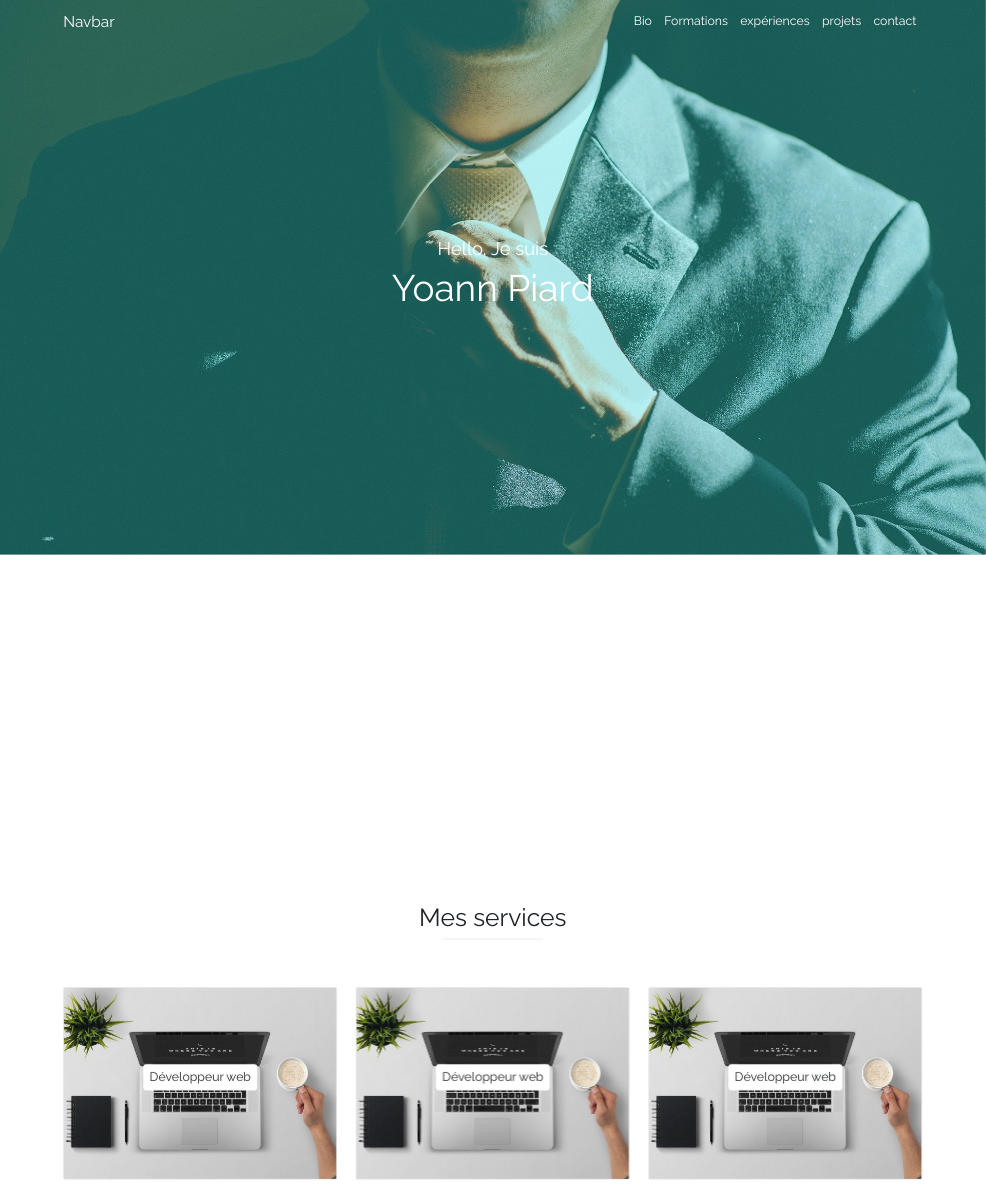
Repository: ypiard85/port-folio-bootstrap-yoann-2021
Page: index.html
An editor plug-in stored every save of this project. The page is shown before and after the next save, followed by the edit.
The browser window is 1280 px wide. The pictures show the whole page, at 77% of full size.

Above is the page before, as saved 2021-03-09 17:25:38.
Console error: TypeError: window.onload is not a function

### index.html
<!DOCTYPE html>
<html lang="en">
  <head>
    <meta charset="UTF-8" />
    <meta http-equiv="X-UA-Compatible" content="IE=edge" />
    <meta name="viewport" content="width=device-width, initial-scale=1.0" />
    <link rel="stylesheet" href="https://use.fontawesome.com/releases/v5.15.2/css/all.css" integrity="sha384-vSIIfh2YWi9wW0r9iZe7RJPrKwp6bG+s9QZMoITbCckVJqGCCRhc+ccxNcdpHuYu" crossorigin="anonymous">    <!-- CSS only -->
    <link rel="stylesheet" href="./resource/style.css" />
    <link
      href="https://cdn.jsdelivr.net/npm/bootstrap@5.0.0-beta2/dist/css/bootstrap.min.css"
      rel="stylesheet"
      integrity="sha384-BmbxuPwQa2lc/FVzBcNJ7UAyJxM6wuqIj61tLrc4wSX0szH/Ev+nYRRuWlolflfl"
      crossorigin="anonymous"
    />
    <title>Document</title>
  </head>
  <body>
    <nav class="navbar position-fixed w-100 navbar-expand-lg navbar-light">
      <div class="container">
        <a class="navbar-brand" href="#">Navbar</a>
        <button
          class="navbar-toggler"
          type="button"
          data-bs-toggle="collapse"
          data-bs-target="#navbarNav"
          aria-controls="navbarNav"
          aria-expanded="false"
          aria-label="Toggle navigation"
        >
          <span class="navbar-toggler-icon"></span>
        </button>
        <div class="collapse navbar-collapse" id="navbarNav">
          <ul class="navbar-nav">
            <li class="nav-item">
              <a class="nav-link active" aria-current="page" href="#bio">Bio</a>
            </li>
            <li class="nav-item">
              <a class="nav-link" href="#formation">Formations</a>
            </li>
            <li class="nav-item">
              <a class="nav-link" href="#experience">expériences</a>
            </li>
            <li class="nav-item">
              <a class="nav-link" href="#projet">projets</a>
            </li>
            <li class="nav-item">
              <a class="nav-link" href="#contact">contact</a>
            </li>
          </ul>
        </div>
      </div>
    </nav>

    <header
      class="container-fluid flex-column
          d-flex align-items-center justify-content-center"
    >
      <h4>Hello, Je suis</h4>
      <h1>Yoann Piard</h1>
    </header>

    <section class="about_me in container">
      <div class="about_card rounded shadow-lg">
        <div class="container">
          <div class="row">
            <div class="col-md-6  col-sm-12 p-3 p-sm-4 align-self-center">
              <h2 class="mb-4" >A propos de moi</h2>
              <p>
                Passionné par l'informatique depuis mon plus jeune âge, je me
                suis tout naturellement orienté vers dans le secteur du
                développement web et logiciel. Depuis 2019, je mets mon savoir
                auprès d'associations et entreprises, les aidant à augmenter
                leurs visibilités sur internet. Aujourd'hui, je cherche à
                intégrer une entreprise afin de travailler sur des projets
                concrets et de monter en compétence.
              </p>
              <ul class="d-flex">
                  <li><a href=""><i class="fab fa-instagram"></i></a></li>
                  <li><a href=""><i class="fab fa-linkedin-in"></i></a></li>
                  <li><a href=""><i class="fab fa-github"></i></a></li>
              </ul>
            </div>
            <div class="col-md-6 col-sm-12 p-3 p-sm-5 d-none d-md-block">
              <img class="img-fluid img-thumbnail" src="./resource/image/yoann_piard.png" alt="" />
            </div>
          </div>
        </div>
      </div>
    </section>

    <section class="my_work">
        <div class="container">
            <h2 class="ttile_section text-center mb-5">Mes services</h2>
            <div class="row pt-4 pb-4">
                <div class="col-md-4">
                    <div class="scene">
                        <div class="card">
                          <div class="card__face card__face--front" style="background-image: url('./resource/services/laptop-1209008_1280.jpg');">
                            <p class="rounded flipped-p">Développeur web</p>
                        </div>
                          <div class="card__face card__face--back">
                              test
                          </div>
                        </div>
                      </div>
                </div>
                <div class="col-md-4">
                    <div class="scene">
                        <div class="card">
                          <div class="card__face card__face--front" style="background-image: url('./resource/services/laptop-1209008_1280.jpg');">
                            <p class="rounded">Développeur web</p>
                        </div>
                          <div class="card__face card__face--back"></div>
                        </div>
                      </div>
                </div>
                <div class="col-md-4">
                    <div class="scene">
                        <div class="card">
                          <div class="card__face card__face--front" style="background-image: url('./resource/services/laptop-1209008_1280.jpg');">
                            <p class="rounded">Développeur web</p>
                        </div>
                          <div class="card__face card__face--back"></div>
                        </div>
                      </div>
                </div>
            </div>
        </div>
    </section>

    <!-- JavaScript Bundle with Popper -->
    <script
      src="https://cdn.jsdelivr.net/npm/bootstrap@5.0.0-beta2/dist/js/bootstrap.bundle.min.js"
      integrity="sha384-b5kHyXgcpbZJO/tY9Ul7kGkf1S0CWuKcCD38l8YkeH8z8QjE0GmW1gYU5S9FOnJ0"
      crossorigin="anonymous"
    ></script>
    <script src="https://unpkg.com/scrollreveal"></script>
    <script src="./resource/scrollreveal.js"></script>
    <script src="./resource/app.js"></script>
    <script>window.onload(scrollEffect()) </script>
  </body>
</html>

### resource/style.css
@import url('https://fonts.googleapis.com/css2?family=Raleway&display=swap');

*{
    transition: 0.3s;
}

body{
    font-family: 'Raleway', sans-serif!important;
}


.navbar-collapse{
    flex-grow: 0!important;
}

nav a{
    color: white!important;
}

header{
    height: 100vh;
    background: gray;
    background-image: linear-gradient(90deg, rgba(0,231,249,0.2780462526807598) 100%, rgba(0,4,24,0.4405112386751575) 74%), url('./image/about-section.jpg');
    background-repeat: no-repeat;
    background-size: cover;
    background-position: top center;
    color: white;
}

header h1{
    font-weight: normal;
    font-size: 3em;
}

.about_card{
    margin: auto;
    width: 900px;
    max-width: 100%;
    background-color: white;
}

.about_card a{
    font-family: Arial!important;
}

.about_me h2{
    font-weight: bold;
}

.about_card img{
    width: 100%;
    border-radius: 50%;
}

.about_card ul{
    list-style: none;
    padding: 0;
}

.about_card i{
    font-size: 1em;
    color: black;
}

.about_card{
    line-height: 2em;
}

.about_card li{
    margin-right: 10px;
}

.in{
    transform: translateY(-200px);
}

.ttile_section{
    position: relative;
}

.ttile_section::after{
    content: '';
    position: absolute;
    width: 130px;
    height: 1px;
    background-color: rgb(233, 231, 231);
    bottom: -10px;
    left:0;
    right: 0;
    margin: auto;
}


.scene {
    width: 100%;
    height: 250px;
    perspective: 600px;
}

.card {
    width: 100%;
    height: 100%;
    position: relative;
    transition: transform 1s;
    transition-duration: 1s;
    transform-style: preserve-3d;
}

.card__face {
    position: absolute;
    backface-visibility: hidden;
  }

  .card__face--front {
    background-position: center;
    background-size: cover;
    width: 100%;
    height: 100%;
    display: flex;
    justify-content: center;
    align-items: center;
  }

  .card__face--front p{
    background-color:white;
    padding: 5px 8px;
  }

  .card__face--back {
    transform: rotateX( 180deg );
    background-color: red;
    width: 100%;
    height: 100%;
  }

  .card.is-flipped {
    transform: rotateX(180deg);
  }


  .card__face--front:hover .flipped-p{
    transform: translateY(-180px) scale(1.2);
    box-shadow: 0 0 50px rgba(255, 255, 255, 0.089);
    transition: transform 1s;
    transform-style: preserve-3d;
  }

### resource/scrollreveal.js
function scrollEffect(){


    ScrollReveal().reveal('.about_me', {
        delay: 150,
        duration: 1000,
        reset: true,
        origin: 'bottom',
        distance: '30%'
    });

}

### resource/app.js
document.querySelectorAll('.card').forEach(e => {

    e.addEventListener( 'mouseenter', function() {
            e.classList.add('is-flipped');

        });

        e.addEventListener( 'mouseleave', function() {
            e.classList.remove('is-flipped');
            r.classList.remove('flipped-p');

    })



});

After the next save:
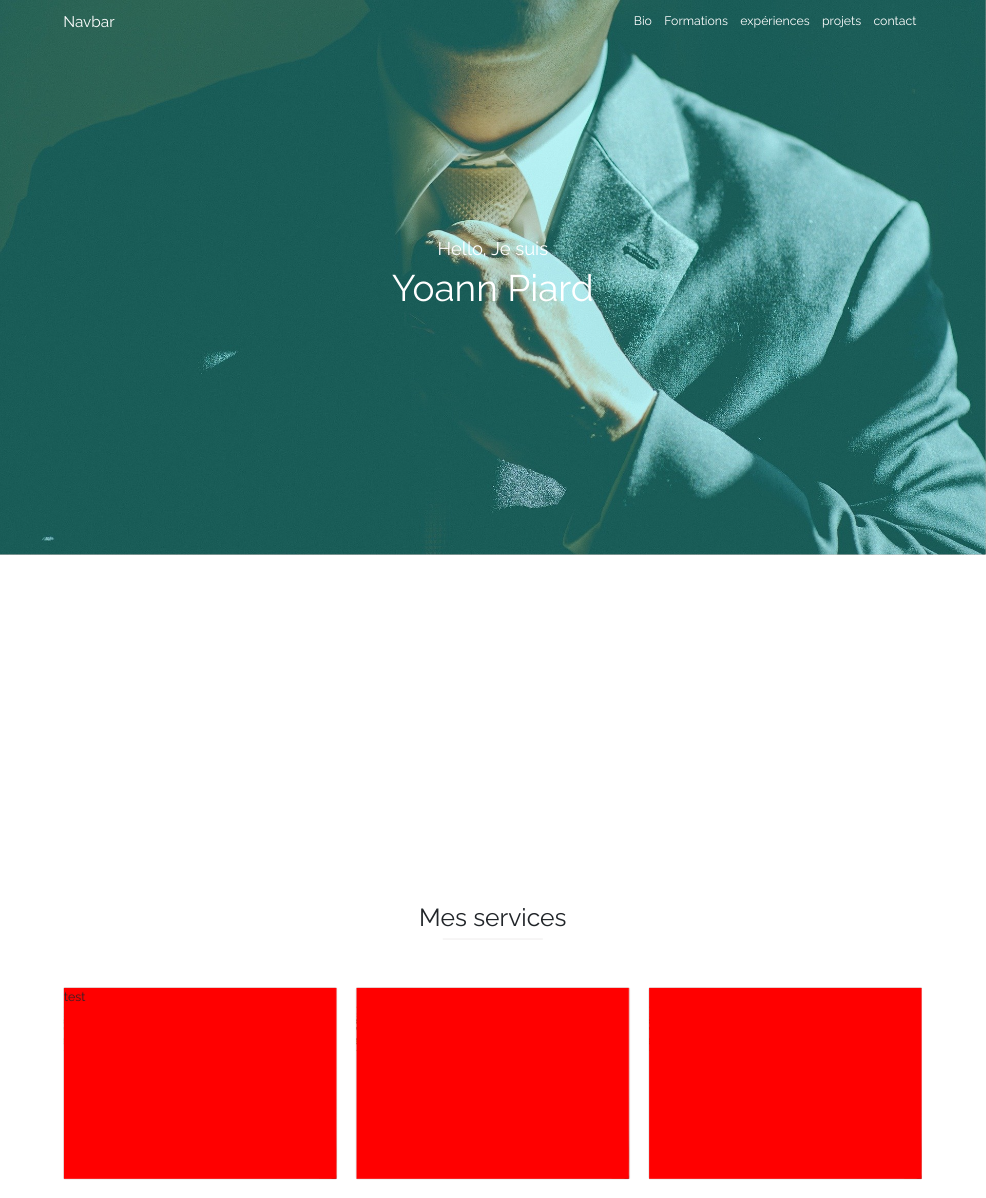
Saved 89 s later.
--- a/resource/style.css
+++ b/resource/style.css
@@ -102,7 +102,6 @@
     height: 100%;
     position: relative;
     transition: transform 1s;
-    transition-duration: 1s;
     transform-style: preserve-3d;
 }
 
@@ -127,7 +126,7 @@
   }
 
   .card__face--back {
-    transform: rotateX( 180deg );
+
     background-color: red;
     width: 100%;
     height: 100%;

After the save that followed:
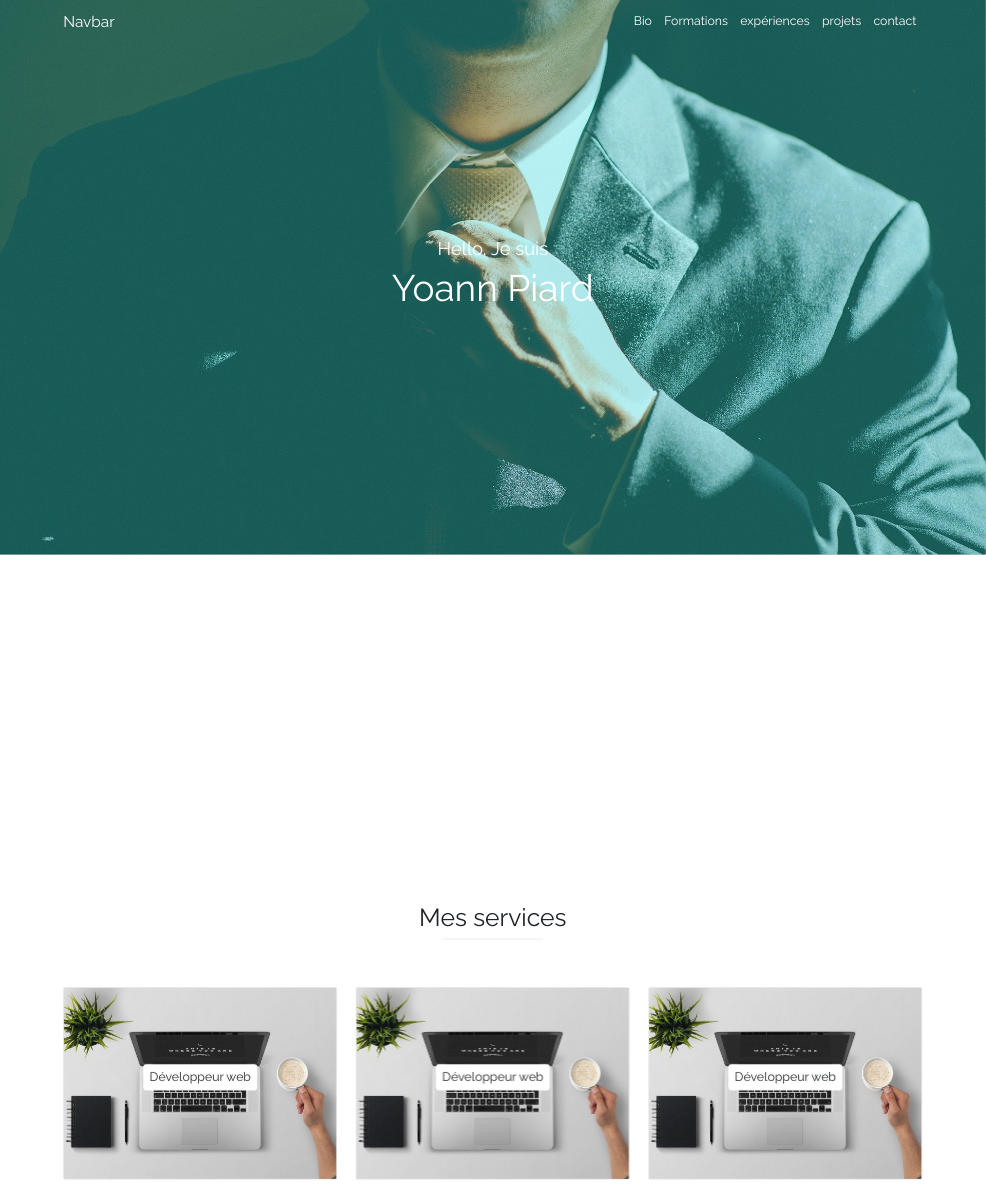
Saved 6 s later.
--- a/resource/style.css
+++ b/resource/style.css
@@ -126,7 +126,7 @@
   }
 
   .card__face--back {
-
+    transform: rotateX( 180deg );
     background-color: red;
     width: 100%;
     height: 100%;
